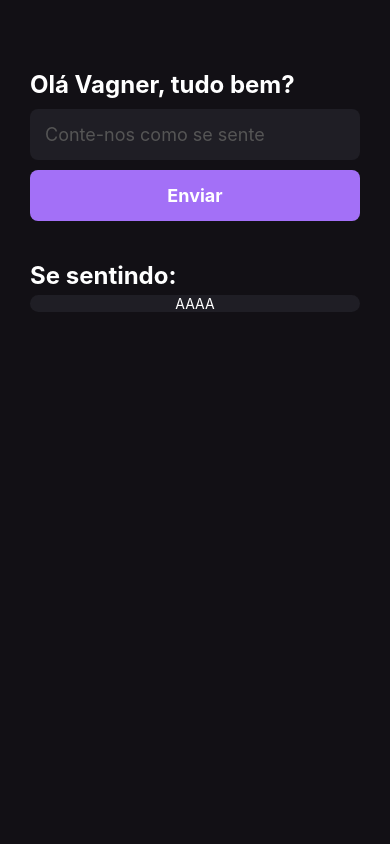
Repository: vagnereix/01-myskills-trilha-react-native
Screen: /
The author's editor kept a copy of each file at every save. The screen is drawn from the files as they stood at one save, then again after the next save.
The app was drawn by React Native's web renderer in a window 390 px wide. The project was rebuilt for these pictures with package versions that can differ from the ones it lists, and the page was loaded fresh each time.

Above is the screen before, as saved 2021-06-17 18:18:13.

### App.tsx
import React from 'react';

import { Home } from './pages/home';

export default function App() {
  return (
    <Home />
  );
};

### pages/home.tsx
import React, { useState } from 'react';
import {
    View,
    Text,
    StyleSheet,
    TextInput,
    Platform,
    TouchableOpacity
} from 'react-native';

export function Home() {
    const [feeling, setFeeling] = useState<string>('');
    const [feelings, setFeelings] = useState<string[]>([]);

    function handleClick() {
        setFeelings(oldFeelings => [...oldFeelings, feeling]);
    }

    function handleChange(feeling: string) {
        setFeeling(feeling)
    }

    return (
      <View style={styles.container}>
        <Text style={styles.title}>Olá Vagner, tudo bem?</Text>

        <TextInput
          onChangeText={handleChange}
          style={styles.input}
          placeholder="Conte-nos como se sente"
          placeholderTextColor="#555"
        />

        <TouchableOpacity style={styles.touch} onPress={handleClick}>
          <Text style={styles.touchText}>Enviar</Text>
        </TouchableOpacity>

        <Text style={[styles.title, {marginTop: 40}]}>Se sentindo:</Text>
        <Text style={styles.feeling}>{feeling}</Text>

        <TouchableOpacity style={styles.buttonFeeling}>
          <Text style={styles.textFeeling}>
              AAAA
          </Text>
        </TouchableOpacity>
      </View>
    );
}

const styles = StyleSheet.create({
  container: {
    flex: 1,
    paddingHorizontal: 30,
    paddingVertical: 70,
    backgroundColor: '#121015',
  },
  title: {
    color: '#fff',
    fontWeight: 'bold',
    fontSize: 24
  },
  input: {
    marginTop: 10,
    borderRadius: 8,
    backgroundColor: '#1f1e25',
    fontSize: 18,
    padding: Platform.OS == 'android' ? 10 : 15,
  },
  touch: {
    backgroundColor: '#a370f7',
    marginTop: 10,
    padding: 15,
    borderRadius: 8,
    alignItems: 'center',
  },
  touchText: {
      fontWeight: 'bold',
      fontSize: 18,
      color: '#fff'
  },
  feeling: {
      color: '#fff',
      fontSize: 18,
      marginTop: 5
  },
  buttonFeeling: {
    alignItems: 'center',
    borderRadius: 25,
    backgroundColor: '#1f1e25'
  },
  textFeeling: {
    color: '#fff'
  }
});

After the next save:
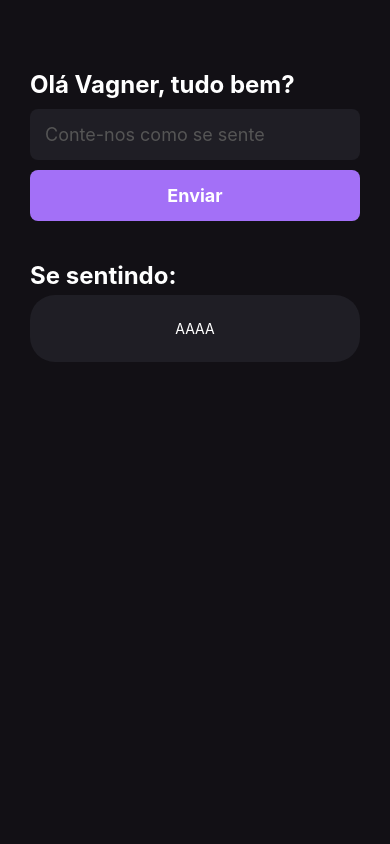
Saved 22 s later.
--- a/pages/home.tsx
+++ b/pages/home.tsx
@@ -86,7 +86,8 @@ const styles = StyleSheet.create({
   buttonFeeling: {
     alignItems: 'center',
     borderRadius: 25,
-    backgroundColor: '#1f1e25'
+    backgroundColor: '#1f1e25',
+    padding: 25
   },
   textFeeling: {
     color: '#fff'
